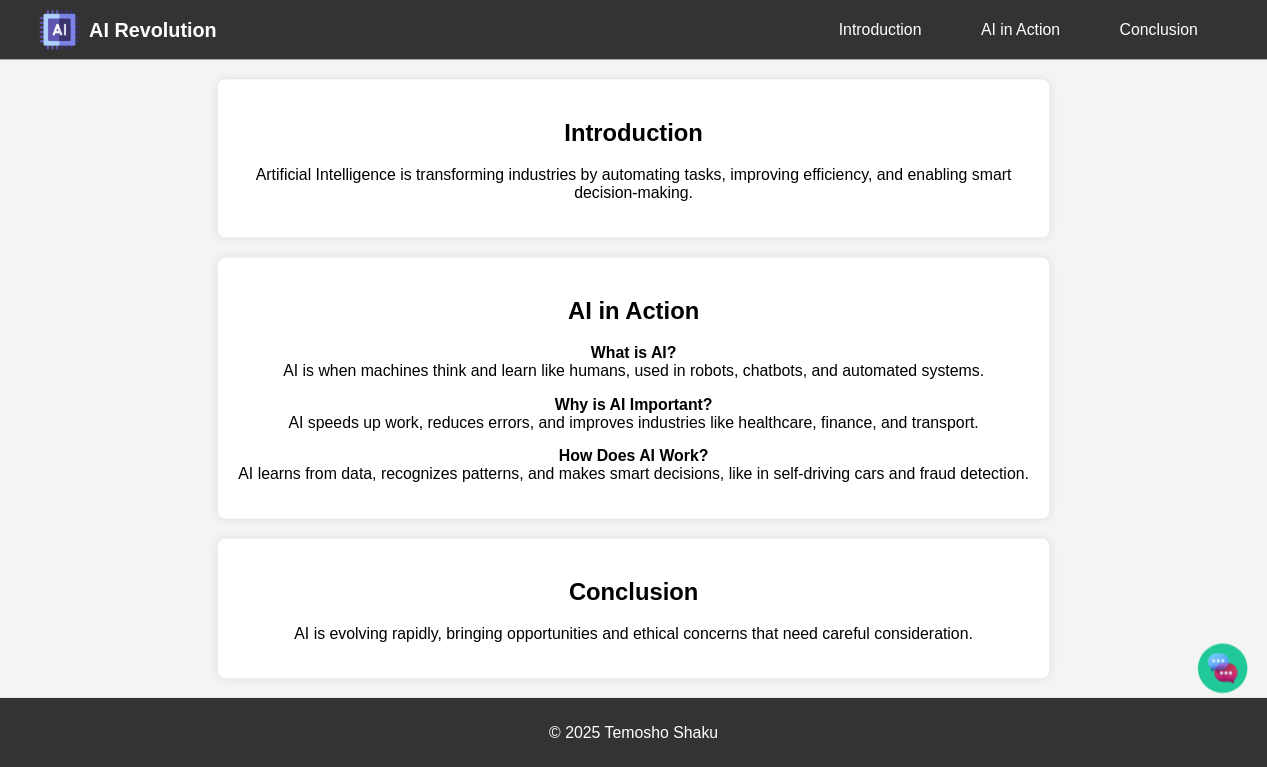
Repository: TemoshoS/ai
Page: index.html
The author's editor kept a copy of each file at every save. The page is drawn from the files as they stood at one save, then again after the next save.
The browser window is 1280 px wide. The pictures show the whole page, at 99% of full size.

Above is the page before, as saved 2025-02-17 10:53:12.

After the next save:
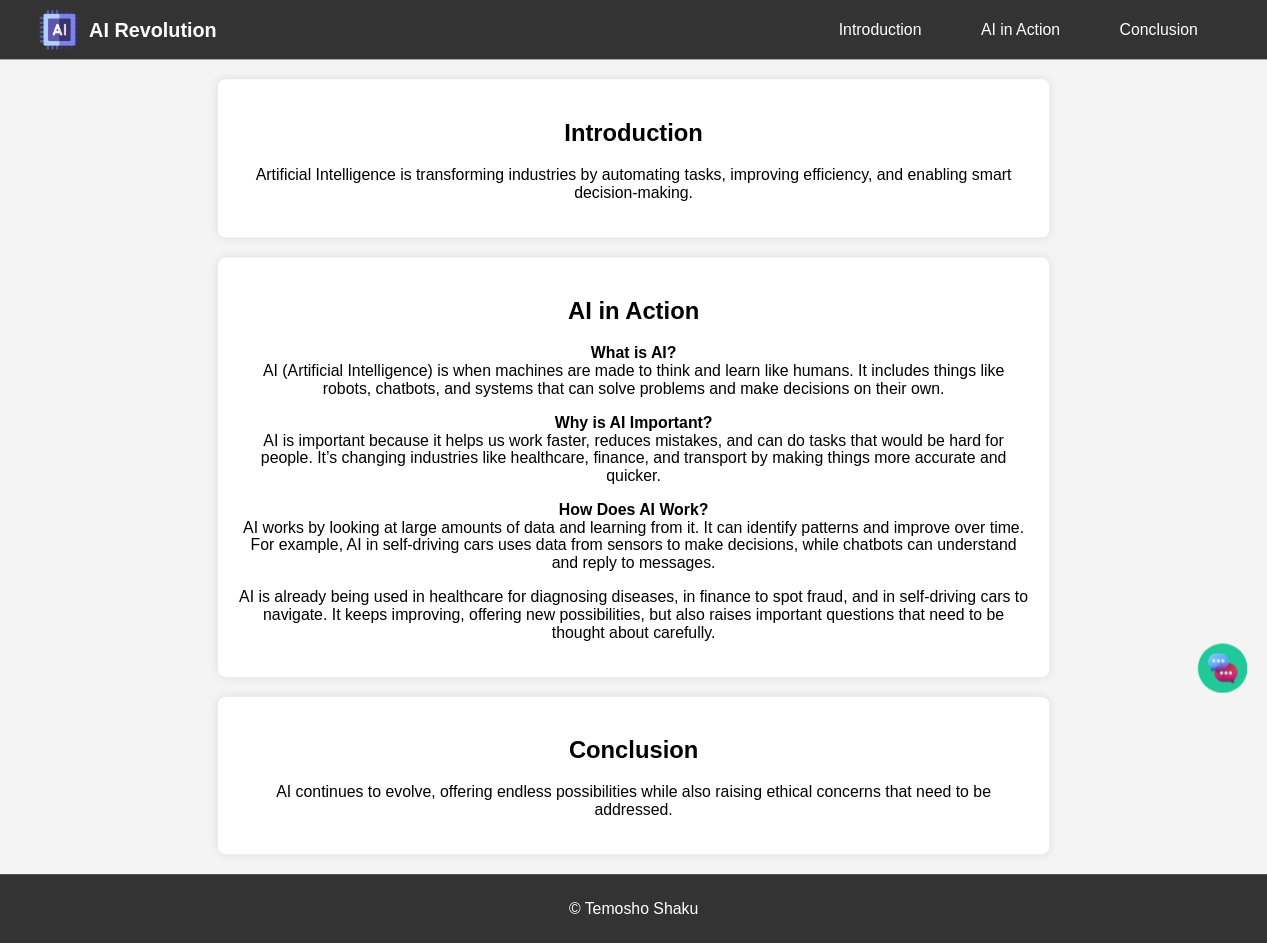
Saved 10 s later.
--- a/index.html
+++ b/index.html
@@ -4,10 +4,10 @@
     <meta charset="UTF-8">
     <meta name="viewport" content="width=device-width, initial-scale=1.0">
     <title>AI Revolution</title>
-    <link href="https://fonts.googleapis.com/css2?family=Poppins:wght@300;400;600&display=swap" rel="stylesheet">
     <link rel="stylesheet" href="styles.css">
 </head>
 <body>
+
     <nav>
         <div class="nav-container">
             <div class="logo">
@@ -22,22 +22,31 @@
         </div>
     </nav>
 
-    <section id="intro" class="animated-section">
+    <section id="intro">
         <h2>Introduction</h2>
         <p>Artificial Intelligence is transforming industries by automating tasks, improving efficiency, and enabling smart decision-making.</p>
     </section>
 
-    <section id="body" class="animated-section">
+    <section id="body">
         <h2>AI in Action</h2>
-        <p><strong>What is AI?</strong><br>AI is when machines think and learn like humans, used in robots, chatbots, and automated systems.</p>
-        <p><strong>Why is AI Important?</strong><br>AI speeds up work, reduces errors, and improves industries like healthcare, finance, and transport.</p>
-        <p><strong>How Does AI Work?</strong><br>AI learns from data, recognizes patterns, and makes smart decisions, like in self-driving cars and fraud detection.</p>
+        <p><strong>What is AI?</strong><br>AI (Artificial Intelligence) is when machines are made to think and learn like humans. It includes things like robots, chatbots, and systems that can solve problems and make decisions on their own.</p>
+
+        <p><strong>Why is AI Important?</strong><br>AI is important because it helps us work faster, reduces mistakes, and can do tasks that would be hard for people. It’s changing industries like healthcare, finance, and transport by making things more accurate and quicker.</p>
+
+        <p><strong>How Does AI Work?</strong><br>AI works by looking at large amounts of data and learning from it. It can identify patterns and improve over time. For example, AI in self-driving cars uses data from sensors to make decisions, while chatbots can understand and reply to messages.</p>
+
+        <p>AI is already being used in healthcare for diagnosing diseases, in finance to spot fraud, and in self-driving cars to navigate. It keeps improving, offering new possibilities, but also raises important questions that need to be thought about carefully.</p>
     </section>
 
     <div id="chatbot">
+
+
+        <!-- Chat Icon -->
         <div id="chatIcon">
-            <img src="./speech-bubble.png" alt="Chat">
+            <img src="./speech-bubble.png" alt="Chat" />
         </div>
+
+        <!-- Chat Box -->
         <div id="chatBox">
             <div class="chat-header">
                 <span>AI Chat</span>
@@ -51,13 +60,14 @@
         </div>
     </div>
 
-    <section id="conclusion" class="animated-section">
+
+    <section id="conclusion">
         <h2>Conclusion</h2>
-        <p>AI is evolving rapidly, bringing opportunities and ethical concerns that need careful consideration.</p>
+        <p>AI continues to evolve, offering endless possibilities while also raising ethical concerns that need to be addressed.</p>
     </section>
 
     <footer>
-        <p>&copy; 2025 Temosho Shaku</p>
+        <p>&copy; Temosho Shaku</p>
     </footer>
 
     <script src="script.js"></script>
